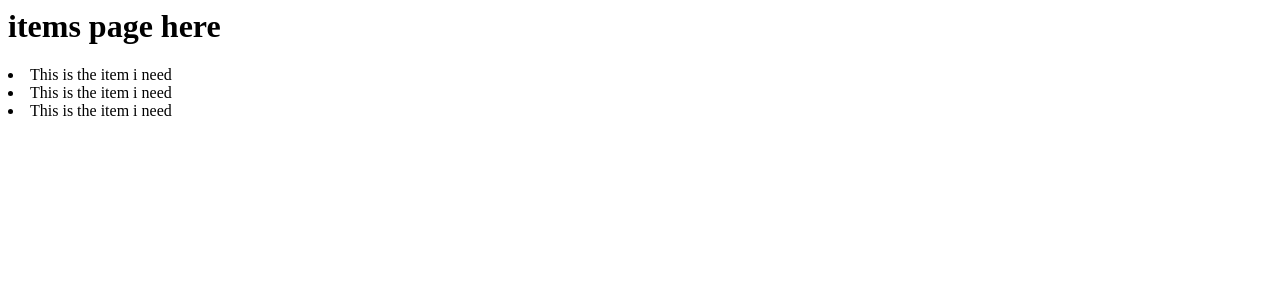
Repository: N-Verma/Webdev-Backend-
Page: http://localhost/items
The author's editor kept a record of every edit. The page is drawn from the files as they stood at one moment, then again after the next edit.
The browser window is 1280 px wide. The pictures show the whole page.
The page is served by the project's Node server (ExpressApp/trial/app.js).

Above is the page before.

After the next edit:
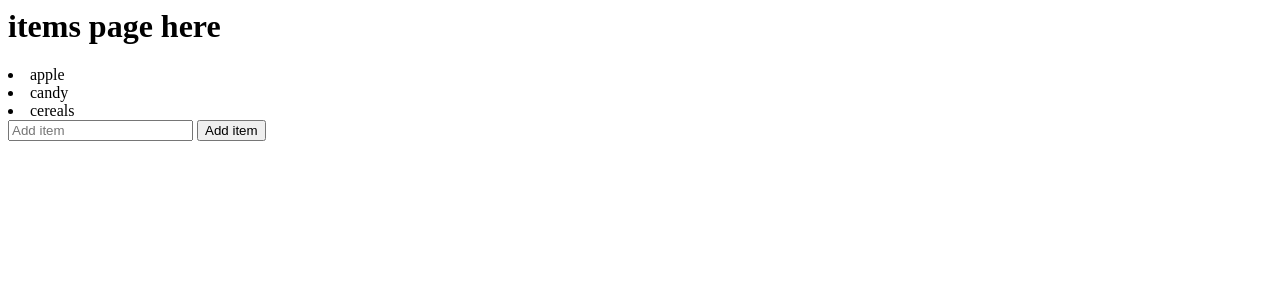
The edit:
--- a/Web dev (backend)/environment/ExpressApp/trial/views/items.ejs
+++ b/Web dev (backend)/environment/ExpressApp/trial/views/items.ejs
@@ -1,5 +1,10 @@
 <h1>items page here</h1>
 
-<% items.forEach(function(item){%>
-    <li>This is the item i need</li>
+<% items.forEach(function(item){ %>
+    <li><%= item %></li>
 <% }); %>
+
+<form action="/additem" method="POST">
+    <input type = "text" name="newItem" placeholder = "Add item">
+    <button>Add item</button>
+</form>
